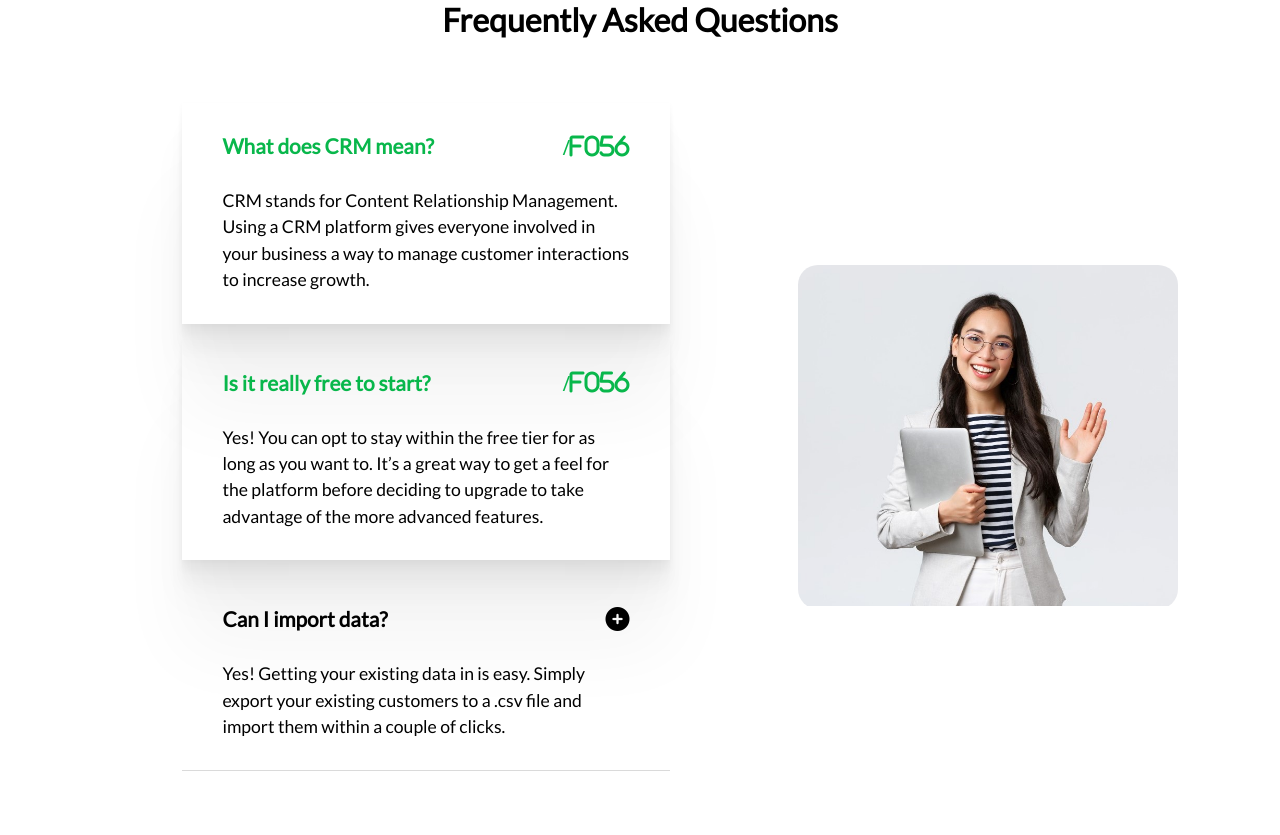
Repository: emiliaiwu/faq_component
Page: index.html
An editor plug-in stored every save of this project. The page is shown before and after the next save, followed by the edit.
The browser window is 1280 px wide. The pictures show the whole page.
Some web libraries are served in a nearby version.

Above is the page before, as saved 2022-12-13 16:44:49.

After the next save:
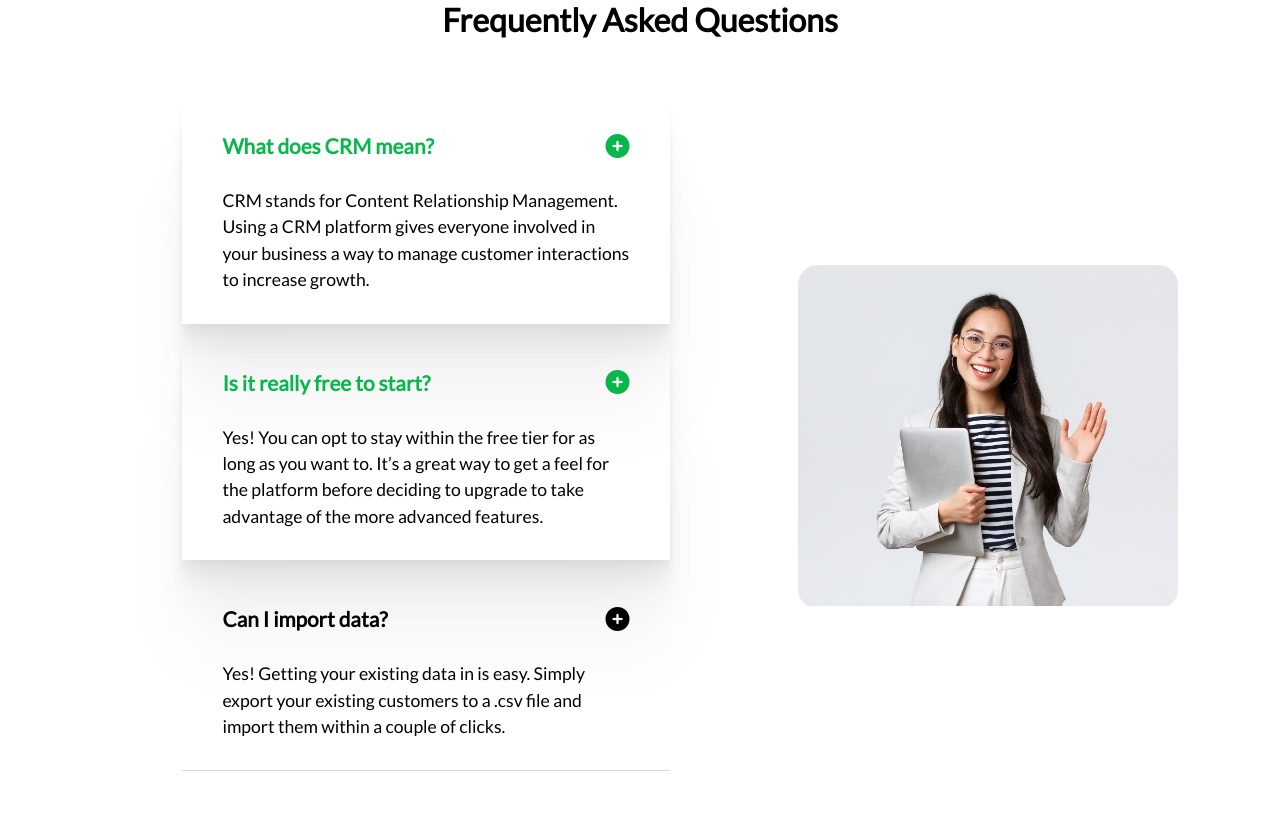
Saved 14 s later.
--- a/style.css
+++ b/style.css
@@ -108,11 +108,6 @@ img {
     color:rgb(8, 183, 75);
 }
 
-.faq_content.active .fa-solid::before {
-    content: '/f056';
-    font-family: 'Font Awesome 5 Free';
-}
-
 
 
 @media only screen and (max-width: 1000px) {
